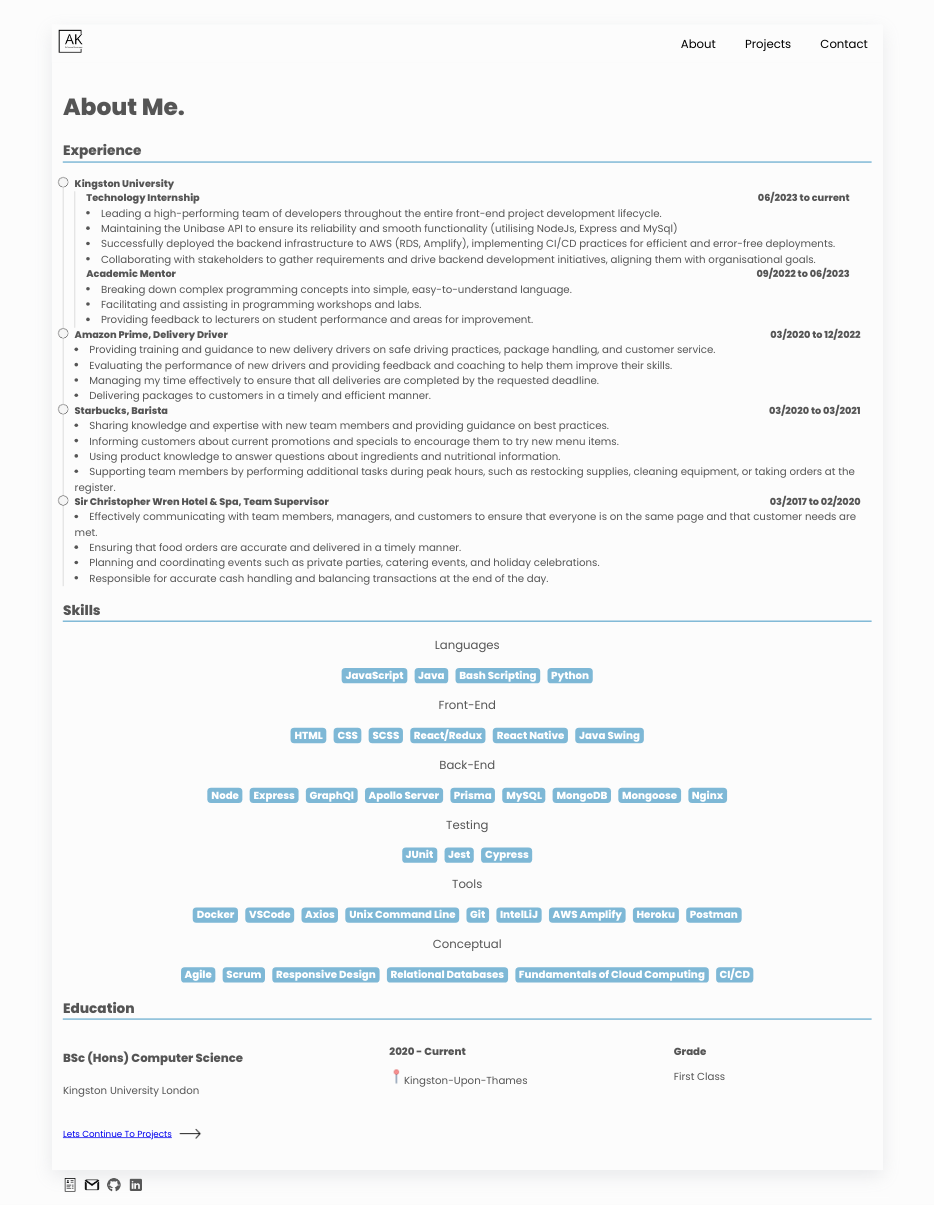
Repository: OKodovbetskyi/Portfolio
Page: /about
An editor plug-in stored every save of this project. The page is shown before and after the next save, followed by the edit.
The browser window is 1280 px wide. The pictures show the whole page, at 73% of full size.
The project was rebuilt for these pictures with package versions that can differ from the ones it lists, and the page was loaded fresh each time. Also part of the build but not shown: src/components/Home/Home.css, src/components/Button.css, src/components/Button.js, src/components/AboutMe/AboutMe.css, src/components/AboutMe/AboutMe.js, src/components/Home/Home.js, src/components/ProjectTab.css, src/components/ProjectTab.js and 6 more.

Above is the page before, as saved 2023-11-22 22:16:35.

### public/index.html
<!DOCTYPE html>
<html lang="en">
  <head>
    <meta charset="utf-8" />
    <link rel="icon" href="%PUBLIC_URL%/userIcon.png" />
    <meta name="viewport" content="width=device-width, initial-scale=1" />
    <meta name="theme-color" content="#000000" />
    <link rel="preconnect" href="https://fonts.googleapis.com" />
    <link rel="preconnect" href="https://fonts.gstatic.com" crossorigin />
    <link
      href="https://fonts.googleapis.com/css2?family=Roboto:ital,wght@0,100;0,300;0,400;0,500;0,700;0,900;1,100;1,300;1,400;1,500;1,700;1,900&display=swap"
      rel="stylesheet"
    />
    <!--
      manifest.json provides metadata used when your web app is installed on a
      user's mobile device or desktop. See https://developers.google.com/web/fundamentals/web-app-manifest/
    -->
    <link rel="manifest" href="%PUBLIC_URL%/manifest.json" />
    <!--
      Notice the use of %PUBLIC_URL% in the tags above.
      It will be replaced with the URL of the `public` folder during the build.
      Only files inside the `public` folder can be referenced from the HTML.

      Unlike "/favicon.ico" or "favicon.ico", "%PUBLIC_URL%/favicon.ico" will
      work correctly both with client-side routing and a non-root public URL.
      Learn how to configure a non-root public URL by running `npm run build`.
    -->
    <title>Alex Full Stack Developer</title>
  </head>
  <body>
    <noscript>You need to enable JavaScript to run this app.</noscript>
    <div id="root"></div>
    <!--
      This HTML file is a template.
      If you open it directly in the browser, you will see an empty page.

      You can add webfonts, meta tags, or analytics to this file.
      The build step will place the bundled scripts into the <body> tag.

      To begin the development, run `npm start` or `yarn start`.
      To create a production bundle, use `npm run build` or `yarn build`.
    -->
  </body>
</html>

### src/index.css

@import url('https://fonts.googleapis.com/css2?family=Poppins:ital,wght@0,100;0,200;0,300;0,400;0,500;0,600;0,800;0,900;1,100;1,200;1,300;1,400;1,500;1,600&display=swap');

html{
    background-color: #FCFCFC;
    color: #555;
    min-height: 100%;
    margin: 0;
    padding: 0;
    font-family: 'Poppins', sans-serif;
}
h5{
    margin: 0;
}
p{
    font-size: 12px;
}

### src/App.js
import "./App.css";
import React, { useRef } from "react";
import { Helmet } from "react-helmet";
import ThemeProvider, { useTheme, useThemeUpdate } from "./themes/ThemeContext";
import RoutedLanding from "./router/RoutedLanding";

function App() {
  return (
    <ThemeProvider>
      <Helmet>
        <title>Alex Kodovbetskyi | Full Stack Developer</title>
        <meta
          name="description"
          content="Skilled Full Stack Developer based in London, with a proven track record of delivering fast and reliable web applications. Expert in crafting seamless cross-platform solutions for Android and iOS, ensuring top performance and user experience. Committed to driving innovation and efficiency in the tech industry."
        />
        <meta
          name="keywords"
          content="Full Stack Developer, Web Applications, Cross-Platform Development, Android, iOS, London, Performance Optimization, User Experience, Innovative Solutions, Reliable Apps"
        />
        {/* You can also add tags for social media */}
        <meta
          property="og:title"
          content="Full Stack Developer | Web & Mobile Applications Specialist | London"
        />
        <meta
          property="og:description"
          content="Expert in creating fast, reliable web and cross-platform Android and iOS applications."
        />
        <meta property="og:type" content="website" />
        {/* Add more metadata tags as needed */}
      </Helmet>
      <RoutedLanding />
    </ThemeProvider>
  );
}
export default App;

### src/App.css
.home{
    width: 90%;
    margin-left: auto;
    margin-right: auto;
}
@media only screen and (max-width: 600px) {
    .home{
        width: 100%;
    }
    }

### src/themes/ThemeContext.js
import React, { useContext, useState } from "react"
const ThemeContext = React.createContext();
const ThemeUpdateContext = React.createContext();

export function useTheme(){
    return useContext(ThemeContext);
}
export function useThemeUpdate(){
    return useContext(ThemeUpdateContext);
}
function ThemeProvider({children}){
    const [darkTheme, setDarkTheme] = useState(true);
    function toggleTheme(){
        setDarkTheme(prevDarkTheme => !prevDarkTheme);
    }
    return(
        <ThemeContext.Provider value={darkTheme}>
            <ThemeUpdateContext.Provider value={toggleTheme}>
            {children}
            </ThemeUpdateContext.Provider>
        </ThemeContext.Provider>
    )
}
export default ThemeProvider;

### src/router/RoutedLanding.js
import { BrowserRouter, Routes, Route} from 'react-router-dom';
import Skills from '../components/Skills';
import Home from '../components/Home/Home';
import React, {useRef} from 'react';
import Education from '../components/Education';
import Projects from '../components/Projects';
import './RouterLanding.modules.css';
import Nav from '../components/Nav';

import Card from '../components/Card';
import { Contact } from '../components/Contact';



const RoutedLanding = () => {
    const home = useRef(null);
    const skills = useRef(null);
    const aboutme = useRef(null);
    const projects = useRef(null);
    const education = useRef(null);

    const pages = [skills,home, education, projects]
   return (
     <BrowserRouter>
     <div className='container'>
     <div className="home" >
     <Card header="Home">
     <Nav pages={pages} />
     <Routes>
     <Route path='/' element={<Home/>}/>
     <Route path='/skills' element={<Skills/>}/>
     <Route path='/about' element={<Education />}/>
     <Route path='/projects/*' element={<Projects/>}/>
     <Route path='/contact-me' element={<Contact/>}/>
     <Route path='/contact-me' element={<Contact/>}/>
      </Routes>
     </Card>

     </div>
     </div>
   </BrowserRouter>


   )
}

export default RoutedLanding

### src/components/Education.js
import React from "react";
import Card from "./Card";
import "./Education.css";
import IconUni from "../assets/icons8-map-pin-32.png";
import Skills from "./Skills";

import circle from "../assets/icons8-circle-50.png";

import arrowright from "../assets/icons8-arrow-right-50.png";
import { Link } from "react-router-dom";
const Education = (props, ref) => {
  return (
    <div className="projects-container">
      <h1 className="abouttitle">About Me.</h1>
      <h3 className="section-title">Experience</h3>
      <div className="experience-container">
        <div className="Job">
          <h5>Kingston University </h5>
          <div className="experience-container">
            <img className="circle" src={circle} alt="" />
            <h5>
              Technology Internship{" "}
              <span className="datesworked">06/2023 to current</span>
            </h5>
            <li>
              Leading a high-performing team of developers throughout the entire
              front-end project development lifecycle.
            </li>
            <li>
              Maintaining the Unibase API to ensure its reliability and smooth
              functionality (utilising NodeJs, Express and MySql)
            </li>
            <li>
              Successfully deployed the backend infrastructure to AWS (RDS,
              Amplify), implementing CI/CD practices for efficient and
              error-free deployments.
            </li>
            <li>
              Collaborating with stakeholders to gather requirements and drive
              backend development initiatives, aligning them with organisational
              goals.
            </li>
            <div className="Job">
              <h5>
                Academic Mentor{" "}
                <span className="datesworked">09/2022 to 06/2023</span>
              </h5>
              <li>
                Breaking down complex programming concepts into simple,
                easy-to-understand language.
              </li>
              <li>
                Facilitating and assisting in programming workshops and labs.
              </li>
              <li>
                Providing feedback to lecturers on student performance and areas
                for improvement.
              </li>
            </div>
          </div>
        </div>
        <div className="Job">
          <img className="circle" src={circle} alt="" />
          <h5>
            Amazon Prime, Delivery Driver{" "}
            <span className="datesworked">03/2020 to 12/2022</span>
          </h5>
          <li>
            Providing training and guidance to new delivery drivers on safe
            driving practices, package handling, and customer service.
          </li>
          <li>
            Evaluating the performance of new drivers and providing feedback and
            coaching to help them improve their skills.
          </li>
          <li>
            Managing my time effectively to ensure that all deliveries are
            completed by the requested deadline.
          </li>
          <li>
            Delivering packages to customers in a timely and efficient manner.
          </li>
        </div>
        <div className="Job">
          <img className="circle" src={circle} alt="" />
          <h5>
            Starbucks, Barista{" "}
            <span className="datesworked"> 03/2020 to 03/2021</span>
          </h5>
          <li>
            Sharing knowledge and expertise with new team members and providing
            guidance on best practices.
          </li>
          <li>
            {" "}
            Informing customers about current promotions and specials to
            encourage them to try new menu items.
          </li>
          <li>
            {" "}
            Using product knowledge to answer questions about ingredients and
            nutritional information.
          </li>
          <li>
            {" "}
            Supporting team members by performing additional tasks during peak
            hours, such as restocking supplies, cleaning equipment, or taking
            orders at the register.{" "}
          </li>
        </div>
        <div className="Job">
          <img className="circle" src={circle} alt="" />
          <h5>
            Sir Christopher Wren Hotel & Spa, Team Supervisor{" "}
            <span className="datesworked"> 03/2017 to 02/2020</span>
          </h5>
          <li>
            Effectively communicating with team members, managers, and customers
            to ensure that everyone is on the same page and that customer needs
            are met.
          </li>
          <li>
            {" "}
            Ensuring that food orders are accurate and delivered in a timely
            manner.
          </li>
          <li>
            {" "}
            Planning and coordinating events such as private parties, catering
            events, and holiday celebrations.
          </li>
          <li>
            {" "}
            Responsible for accurate cash handling and balancing transactions at
            the end of the day.{" "}
          </li>
        </div>
      </div>
      <h3 className="section-title">Skills</h3>
      <Skills />

      <h3 className="section-title">Education</h3>
      <div className="educationContent">
        <div>
          <h4>BSc (Hons) Computer Science</h4>
          <p>Kingston University London</p>
        </div>
        <div className="location">
          <p>
            <b>2020 - Current</b>
          </p>
          <p>
            <img className="imagepin" src={IconUni} alt="" />
            Kingston-Upon-Thames
          </p>
        </div>
        <div className="location">
          <p>
            <b>Grade</b>
          </p>
          <p>First Class</p>
        </div>
        <div></div>
      </div>
      <div className="linkstonext">
        <Link to="/projects">Lets Continue To Projects </Link>
        <img className="arrowright" src={arrowright} alt="arrow right" />
      </div>
    </div>
  );
};
export default Education;

### src/components/Card.js
import React from "react";
import styles from "./Card.module.css"
import Footer from "./Footer";
const Card = React.forwardRef((props, ref)=>{
    return(
        <div className={styles.page}>
        <div ref={ref} className={styles.Card}>

            <div className={styles.CardBody}>
            <h2 className={styles.header}>   {props.cardName}</h2>
                {props.children}
            </div>

        </div>
        <Footer />
        </div>
    )
})
export default Card;

### src/components/Skills.css
.skillWrapper h4{
    padding: 0 5px;
}
.skillWrapper{
    text-align: center;
}
 .skillWrapper p{
    font-size: 16px;
}
.skillItem>li{
    display: inline-block;
    margin: 0 5px;
    background: #7EB8D6FF;
    color: white;
    font-weight: bold;
    padding:0 5px;
    border-radius: 5px;
    font-size: 14px;
}
.skillItem>li:first-child{
    margin-left: 5px;
}
ul.skillItem{
    margin: 0;
    padding: 0;
}
@media only screen and (max-width: 600px) {

    .skillItem>li{
        margin: 5px;

    }
}

### src/components/Education.css
.educationContent{
    display:flex;
    flex-direction: row;
    justify-content: space-between;
}
.imagepin{
    height: 20px;
}
.experience-container{
    border-left: 1px solid #d1d1d1;
    padding: 0 15px;
}
.Job{
    position: relative;
}
.Job li{
    font-size: 14px;
    text-decoration: none;

}
p{
    font-size: 14px;
}
.circle{
    position: absolute;
    top: 0;
    left: -23px;
    width: 15px;
    background-color: whitesmoke;
    border-radius: 20px;
}
.datesworked{
    float: right;
}
.section-title {
    border-bottom: 2px solid #7EB8D6FF;
}
@media only screen and (max-width: 600px) {
    .educationContent{
        display:flex;
        flex-direction: column;

    }

}
.arrowright{
    width: 30px;
}
.linkstonext{
    margin: 20px 0;
    display: flex;
    align-items: center;
    font-size: 12px;

}
.linkstonext img{
    margin-left: 10px;
    animation: moveRightAndBack 2s infinite;
}
@keyframes moveRightAndBack {
    0% {
      transform: translateX(0);
    }
    50% {
      transform: translateX(10px);
    }
    100% {
      transform: translateX(0);
    }
  }

### src/components/Projects.css
.projects-container{
    padding: 15px;
}
h1.projectTitle{
  width: 30%;
  float: left;
}
.introduction-projects{
  width: 60%;
  text-align: justify;
  margin-left: auto;
  margin-top: 23px;
}
.project-tabs>a {
    text-decoration: none;
    color: black;
    width: 100%;
    text-align: center;
    margin: 5px;
  }
.project-tabs{
    display: flex;
    flex-direction: column;
}

.additional-info{
  display: flex;
  justify-content: space-between;
  align-items: center;
}
.projectCard{
  background-color: #F5EFE7;
  padding: 0 10px;
  margin: 5px 0;
}
.projectCard h3{
  font-size: 14px;
}
.hideProj{
  display: none;
}
.additional-info h3{
}
@media only screen and (max-width: 600px) {
    .introduction-projects{
      margin: 0;
      width: 100%;
    }
    .introduction-projects{
      padding: 20px 0;
  }
  .links{
    padding: 20px 0;
  }
  h1.projectTitle{
    width: 100%;
    float: none;
  }
}

### src/components/Nav.css
.navbar {
    display: flex;
    justify-content: space-between;
    align-items: center;
    background-color: #FCFCFC;
    z-index: 1000;
  }
  .navbar-links {
    position: relative;
    display: flex;
  }

  .navbar-links a {
    padding: 0 ;
    text-decoration: none;
    color: #55555;
    text-align: center;
    font-size: 16px;
  }
  .navbar-hamburger {
    display: none;
  }

  .navbar-hamburger-line {
    width: 30px;
    height: 3px;
    background-color: #000;
    margin: 6px 10px;
    transition: transform 0.2s ease;
    z-index: 1000;
  }

  .navbar-hamburger-line.open {
    transform: rotate(100deg);

  }
  div.hamburger-menu{
      display: flex;
      justify-content: center;
      flex-direction: column;
      position: fixed;
      top: 0;
      left: 0;
      width: 100%;
      height: 100vh;
      z-index: 900;
      overflow: hidden;
      background-color: #4F709C;

  }
  .hamburger-menu a{
    font-weight: bold;
    text-align: center;
    width: 100%;
    margin: 15px;
    color: white;
    text-decoration: none;
  }
.mobile-menu{
  display: flex;
  position: fixed;
  top: 0;
  justify-content: space-between;
  width: 100%;
  background-color: #4F709C;
}
  @media (max-width: 768px) {
    .navbar-links a{
      display: none;
      width: 100%;
    }
    .navbar-hamburger {
      display: block;
    }
    .navbar-hamburger-line {

    }
  }
  .selected{
    border-radius: 10px 10px 0 0;
    background-color: #E1E5F8;
  }
  .navbar-links a{
    height: 100%;
    width: 100%;
    text-decoration: none;
    color: black;
    padding:5px 20px;
    transition: border-bottom 0.5s;
}
/* Add this to the link element */
.navbar-links a {
    text-decoration: none;
    position: relative;
    color: black;
  }
  /* Add the underline */
  .navbar-links a::before {
    content: "";
    position: absolute;
    width: 0%;
    height: 2px;
    bottom: -2px;
    background-color: #2978B5;
    transition: width 0.3s;
  }

  /* Add the hover effect */
  .navbar-links a:hover::before {
    width: 55%;
  }
  /* Add the animation effect */
/* Add the animation effect */
@keyframes text-color-animation {
    0% {
      color: black;
    }
    100% {
      color: #2978B5;
    }
  }
  /* Add the hover effect */
  .navbar-links a:hover {
    animation: text-color-animation .3s ease-in;
    color: #2978B5;
  }
  .nav-logo{
    width: 60px;
  }
  .close-icon {
    position: fixed;
    top: 20px;
    right: 10px;
    width: 40px;
    height: 40px;
    display: flex;
    justify-content: center;
    align-items: center;

  }
  .close-icon-circle {
    background-color: transparent;
    border: 2px solid white;
    width: 100%;
    height: 100%;
    border-radius: 50%;
    display: flex;
    justify-content: center;
    align-items: center;
    position: relative;
  }

  .close-icon-line {
    position: absolute;
    width: 12px;
    height: 2px;
    background-color: #ffffff;
    transform: rotate(45deg);
  }

  .close-icon-line:nth-child(2) {
    transform: rotate(-45deg);
  }

  .close-icon-line::before,
  .close-icon-line::after {
    content: '';
    position: absolute;
    width: 100%;
    height: 100%;
    background-color: inherit;
  }

  .close-icon-line::before {
    transform: rotate(-90deg);
  }

  .close-icon-line::after {
    transform: rotate(90deg);
  }

### src/components/Card.module.css
.Card{
  margin-top: 3%;
  background-color: #FCFCFC;
  position: relative;
}

.CardBody{
    min-height: 90vh;
    box-shadow: rgba(149, 157, 165, 0.2) 0px 8px 24px;
}
.header{
    font-weight: bold;
}

.closinTag{
    float: right;
}

@media only screen and (max-width: 600px) {
    .Card{
        width: 100%;
        margin: 0;
    }
    .CardBody{
        height: 100%;
        box-shadow: rgba(149, 157, 165, 0.2) 0px 8px 24px;
    }

}

### src/components/Footer.js
import React from "react";
import "./Footer.css";
import IconsLinks from "./IconsLinks";
import resumeIco from "../assets/icons8-resume-50.png"
import Git from "../assets/icons8-github-50.png"
import Email from "../assets/icons8-gmail-50.png"
import linkedln from "../assets/icons8-linkedin-logo-50.png";
const Footer = () => {
    return (
        <footer className="Footer">
        <IconsLinks icon={resumeIco} icon1={Git} icon2 ={Email} icon3={linkedln}/>
      </footer>
    );
}
export default Footer;

### src/components/Footer.css
.Footer{
 margin: 10px 10px;
 width: 100%;

}
@media only screen
and (max-width : 640px) {


    }

### src/components/IconsLinks.js
import React from "react";

import styles from "./Icons.module.css";
const IconsLinks = ({icon,icon1, icon2, icon3}) =>{
    return (
        <span className={styles.Icons}>
            <div className={styles.wrapper}> <a download href="https://drive.google.com/file/d/12KVDCBMmGgFeqtxq2S8sNrXxZwgp_6gI/view?usp=sharing">

            <p className={styles.email}>Resume</p> <img src={icon} alt=''/></a></div>
           <div className={styles.wrapper}><a href="mailto:oleksandr.kodovbetskyi@gmail.com" target="_blank">
           <p className={styles.email}>Email me!</p> <img src={icon2}alt='' />
           </a></div>
           <div className={styles.wrapper}>
           <a href="https://github.com/OKodovbetskyi" target="_blank">
            <p className={styles.email}>GitHub</p> <img src={icon1} alt=''/></a></div>
           <div className={styles.wrapper}>
           <a href="https://www.linkedin.com/in/ak-developer" target="_blank" >
            <p className={styles.email}>Linkeln</p> <img src={icon3} alt=''/></a></div>


        </span>
    )
}
export default IconsLinks;

### src/components/Icons.module.css
span img{
    width: 20px;
    margin: 0 5px;
}
.Icons{
    display: flex;
    background-color:  #fcfcfc;
}
.email{
    animation: ease-in .1s;
    display: none;
    background-color: #01257D;
    color: white;
    border-radius: 20px;
}
.wrapper a{
    text-decoration: none;
}

Loaded but not shown: src/index.js (common file); src/components/Nav.js (61 lines, source omitted); src/components/Skills.js (77 lines, source omitted)

After the next save:
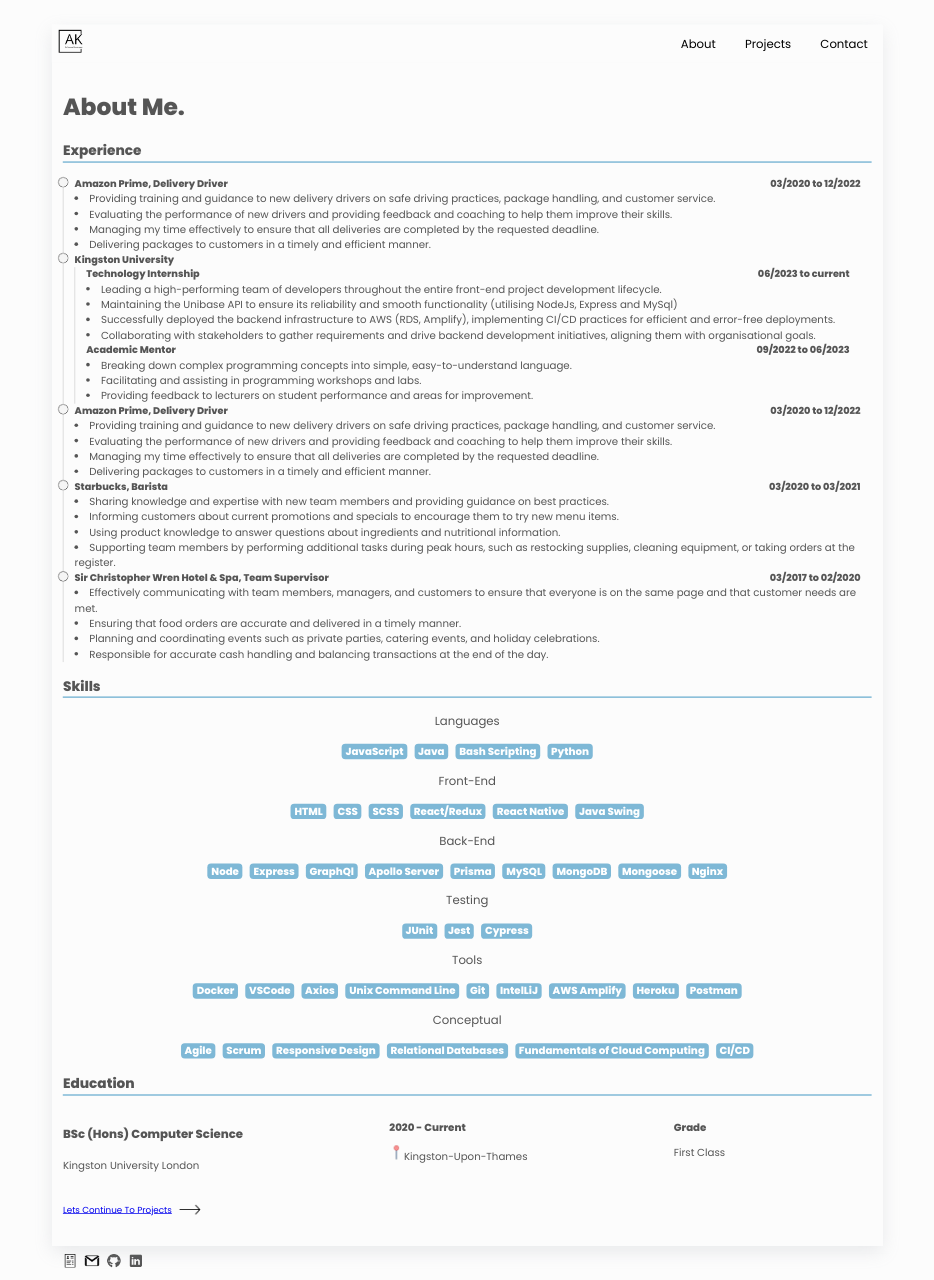
Saved 7 s later.
--- a/src/components/Education.js
+++ b/src/components/Education.js
@@ -14,6 +14,28 @@ const Education = (props, ref) => {
       <h1 className="abouttitle">About Me.</h1>
       <h3 className="section-title">Experience</h3>
       <div className="experience-container">
+        <div className="Job">
+          <img className="circle" src={circle} alt="" />
+          <h5>
+            Amazon Prime, Delivery Driver{" "}
+            <span className="datesworked">03/2020 to 12/2022</span>
+          </h5>
+          <li>
+            Providing training and guidance to new delivery drivers on safe
+            driving practices, package handling, and customer service.
+          </li>
+          <li>
+            Evaluating the performance of new drivers and providing feedback and
+            coaching to help them improve their skills.
+          </li>
+          <li>
+            Managing my time effectively to ensure that all deliveries are
+            completed by the requested deadline.
+          </li>
+          <li>
+            Delivering packages to customers in a timely and efficient manner.
+          </li>
+        </div>
         <div className="Job">
           <h5>Kingston University </h5>
           <div className="experience-container">
